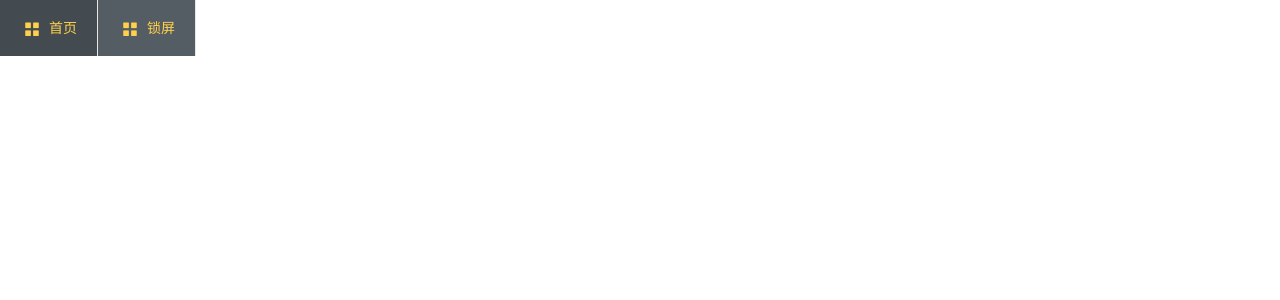
Repository: wujingwenwu/-vue-2.0
Page: /
An editor plug-in stored every save of this project. The page is shown before and after the next save, followed by the edit.
The browser window is 1280 px wide. The pictures show the whole page.
The project was rebuilt for these pictures with package versions that can differ from the ones it lists, and the page was loaded fresh each time. Also part of the build but not shown: src/views/Home.vue.

Above is the page before, as saved 2020-09-29 10:17:59.

After the next save:
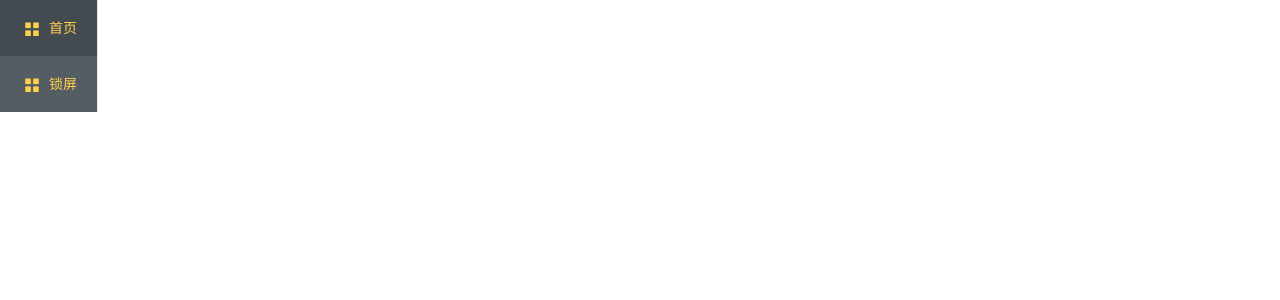
Saved 11 s later.
--- a/src/views/layout/layout.vue
+++ b/src/views/layout/layout.vue
@@ -8,8 +8,8 @@
       @close="handleClose"
       background-color="#545c64"
       text-color="#fff"
-      active-text-color="#ffd04b" v-for="(item,index) in arr" :key="index">
-      <el-menu-item index="2">
+      active-text-color="#ffd04b" >
+      <el-menu-item index="2" v-for="(item,index) in arr" :key="index">
         <i class="el-icon-menu"></i>
         <span slot="title">{{item.name}}</span>
       </el-menu-item>
